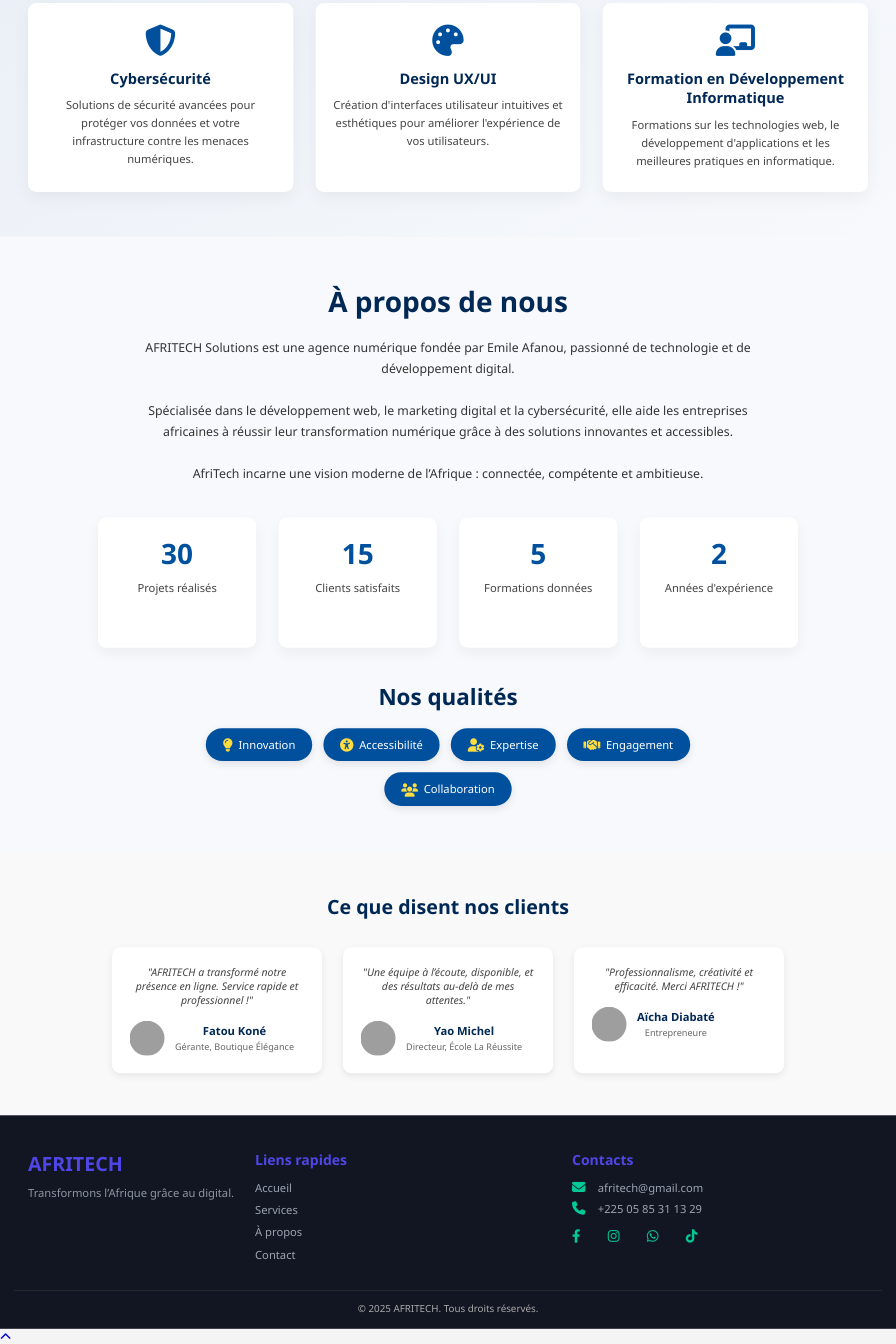
Repository: prestige225/AFRITECH
Page: index.html
An editor plug-in stored every save of this project. The page is shown before and after the next save, followed by the edit.
The browser window is 1280 px wide. The pictures show the part of the page from y = 936 to 2856 px (the page is 2856 px tall before and 2834 px after), at 70% of full size.
Pictures or frames that could not be fetched are drawn as grey boxes.

Above is the page before, as saved 2025-07-26 01:35:25.
Console error: TypeError: Cannot read properties of null (reading 'addEventListener')

### index.html

<!DOCTYPE html>
<html lang="en">
<head>
    <meta charset="UTF-8">
    <meta name="viewport" content="width=device-width, initial-scale=1.0">
    <!-- Font Awesome CDN -->
<link rel="stylesheet" href="https://cdnjs.cloudflare.com/ajax/libs/font-awesome/6.4.0/css/all.min.css">



    <link rel="stylesheet" href="style.css">

    <title>AFRITECH</title>
</head>
<body>
    <header>
        <div class="logo">
            <img src="image/logo.jpg" alt="AfanouTech Logo">
            <h1><span>AFRI</span>TECH</h1>
        </div>

         <!-- Bouton hamburger visible sur mobile -->
  <div class="menu-toggle" id="menu-toggle">
    <i class="fas fa-bars"></i>
  </div>


       <nav>
  <ul>
    <li><a href="index.html"><i class="fas fa-home"></i> Accueil</a></li>
    <li><a href="#services"><i class="fas fa-tools"></i> Services</a></li>
    <li><a href="#about"><i class="fas fa-info-circle"></i> À Propos</a></li>
    <li><a href="#contacts" id="openModalLink"><i class="fas fa-envelope"></i> Contact</a></li>

    <li><a href="#qualité"><i class="fas fa-project-diagram"></i> Nos Qualités</a></li>
  </ul>
</nav>

    </header>

<!-- hero -->
 <section class="hero">
    <div class="hero-content">
        <h1>Solutions numériques innovantes pour l'Afrique</h1>

        <p>Nous créons des expériences web exceptionnelles et des stratégies marketing digitales qui propulsent votre entreprise vers le succès.</p>
        <a href="#contacts" class="btn">Contactez-nous</a>
        <a href="#services" class="btn">Nos Services</a>

    </div>
    <div class="hero-image">
        <img src="image/emile.jpg" alt="Image d'accueil">
    </div>

    <div class="couleurpassante en design">

    </div>

 </section>


 <!-- SECTION SERVICES -->
  <section id="services" class="services-section">
            <h2>Nos Services</h2>
    <div class="services">

        <div class="service-item">
            <i class="fas fa-laptop-code"></i>
            <h3>Développement Web</h3>
            <p>Sites vitrines, e-commerce, applications web sur mesure adaptés à vos besoins spécifiques et optimisés pour tous les appareils.</p>
        </div>
        <div class="service-item">
            <i class="fas fa-mobile-alt"></i>
            <h3>Applications Mobiles</h3>
            <p>Développement d'applications mobiles natives et hybrides pour iOS et Android, offrant une expérience utilisateur exceptionnelle.</p>
        </div>
        <div class="service-item">
            <i class="fas fa-chart-line"></i>
            <h3>Marketing Digital</h3>
            <p>Stratégies de marketing digital personnalisées, SEO, publicité en ligne et gestion des réseaux sociaux pour augmenter votre visibilité.</p>
        </div>
        <div class="service-item">
            <i class="fas fa-shield-alt"></i>
            <h3>Cybersécurité</h3>
            <p>Solutions de sécurité avancées pour protéger vos données et votre infrastructure contre les menaces numériques.</p>
        </div>
        <div class="service-item">
            <i class="fas fa-palette"></i>
            <h3>Design UX/UI</h3>
            <p>Création d'interfaces utilisateur intuitives et esthétiques pour améliorer l'expérience de vos utilisateurs.</p>
        </div>

        <div class="service-item">
            <i class="fas fa-chalkboard-teacher"></i>
            <h3>Formation en Développement Informatique</h3>
            <p>Formations sur les technologies web, le développement d'applications et les meilleures pratiques en informatique.</p>
            </div>
    </div>





  </section>
<!-- SECTION apropos -->
<section id="about" class="about-section">
  <h2>À propos de nous</h2>
  <p>
    AFRITECH Solutions est une agence numérique fondée par Emile Afanou, passionné de technologie et de développement digital.<br><br>
    Spécialisée dans le développement web, le marketing digital et la cybersécurité, elle aide les entreprises africaines à réussir leur transformation numérique grâce à des solutions innovantes et accessibles.<br><br>
    AfriTech incarne une vision moderne de l’Afrique : connectée, compétente et ambitieuse.
  </p>

  <!-- COMPTEURS -->
  <div class="counters" id="qualité">
    <div class="counter-box">
      <span class="counter" data-target="30">0</span>
      <p>Projets réalisés</p>
    </div>
    <div class="counter-box">
      <span class="counter" data-target="15">0</span>
      <p>Clients satisfaits</p>
    </div>
    <div class="counter-box">
      <span class="counter" data-target="5">0</span>
      <p>Formations données</p>
    </div>
    <div class="counter-box">
      <span class="counter" data-target="2">0</span>
      <p>Années d'expérience</p>
    </div>
  </div>

  <!-- NOS QUALITÉS -->
  <div class="nos-qualites">
    <h3>Nos qualités</h3>
    <ul>
      <li><i class="fas fa-lightbulb"></i> Innovation</li>
      <li><i class="fas fa-universal-access"></i> Accessibilité</li>
      <li><i class="fas fa-user-cog"></i> Expertise</li>
      <li><i class="fas fa-handshake"></i> Engagement</li>
      <li><i class="fas fa-users"></i> Collaboration</li>
    </ul>
  </div>


  <!-- Bouton pour ouvrir la modale -->
<!-- <button id="openModalBtn" class="open-modal-btn">Contactez-nous</button> -->

<!-- Modale -->
<div id="contactModal" class="modal">
  <div class="modal-content">
    <span id="closeModalBtn" class="close-btn">&times;</span>
    <h2>Contactez-nous</h2>
    <form action="https://formspree.io/f/mabcxyz" method="POST">
      <input type="text" name="name" placeholder="Votre nom" required autocomplete="off" />
      <input type="email" name="email" placeholder="Votre email" required autocomplete="off" />
      <textarea name="message" rows="5" placeholder="Votre message" required></textarea>
      <button type="submit" class="btn">Envoyer</button>
    </form>
  </div>
</div>
</section>


<section id="temoignages" class="temoignages-section">
  <h2>Ce que disent nos clients</h2>
  <div class="temoignages-container">

    <div class="temoignage">
      <p class="message">"AFRITECH a transformé notre présence en ligne. Service rapide et professionnel !"</p>
      <div class="auteur">
        <img src="https://cdn-icons-png.flaticon.com/512/147/147144.png" alt="Avatar femme">
        <div>
          <h4>Fatou Koné</h4>
          <span>Gérante, Boutique Élégance</span>
        </div>
      </div>
    </div>

    <div class="temoignage">
      <p class="message">"Une équipe à l’écoute, disponible, et des résultats au-delà de mes attentes."</p>
      <div class="auteur">
        <img src="https://cdn-icons-png.flaticon.com/512/147/147142.png" alt="Avatar homme">
        <div>
          <h4>Yao Michel</h4>
          <span>Directeur, École La Réussite</span>
        </div>
      </div>
    </div>

    <div class="temoignage">
      <p class="message">"Professionnalisme, créativité et efficacité. Merci AFRITECH !"</p>
      <div class="auteur">
        <img src="https://cdn-icons-png.flaticon.com/512/147/147140.png" alt="Avatar femme">
        <div>
          <h4>Aïcha Diabaté</h4>
          <span>Entrepreneure</span>
        </div>
      </div>
    </div>

  </div>
</section>



<footer class="footer">
  <div class="footer-container">
    <div class="footer-brand">
      <h2>AFRITECH</h2>
      <p>Transformons l’Afrique grâce au digital.</p>
    </div>

    <div class="footer-links">
      <h4>Liens rapides</h4>
      <ul>
        <li><a href="#">Accueil</a></li>
        <li><a href="#services">Services</a></li>
        <li><a href="#about">À propos</a></li>
        <li><a href="#contacts">Contact</a></li>
      </ul>
    </div>

    <div class="footer-contact">
      <h4 id="contacts">Contacts</h4>
      <p><i class="fas fa-envelope"></i> afritech@gmail.com</p>
      <p><i class="fas fa-phone"></i> +225 05 85 31 13 29</p>
      <div class="social-icons">
        <a href="#" aria-label="Facebook"><i class="fab fa-facebook-f"></i></a>
        <a href="#" aria-label="Instagram"><i class="fab fa-instagram"></i></a>
        <a href="https://wa.me/2250585311329" target="_blank" aria-label="WhatsApp">
          <i class="fab fa-whatsapp"></i>
        </a>
        <a href="#" aria-label="TikTok"><i class="fab fa-tiktok"></i></a>
      </div>
    </div>
  </div>

  <div class="footer-bottom">
    <p>© 2025 AFRITECH. Tous droits réservés.</p>
  </div>
</footer>
<!-- Flèche retour en haut -->


    <script src="index.js"></script>

    <!-- Bouton flèche vers le haut -->


   <!-- Flèche retour en haut -->
<a href="#" class="scroll-to-top" aria-label="Retour en haut">
  <i class="fas fa-chevron-up"></i>
</a>


</body>



</html>

### style.css

/* ========== RESET ========== */
* {
  margin: 0;
  padding: 0;
  box-sizing: border-box;
}

/* ========== GLOBAL ========== */
body {
  font-family: 'Segoe UI', sans-serif;
  background-color: #f4f4f4;
  color: #333;
}

/* ========== HEADER ========== */
header {
  background-color: #002855;
  color: white;
  padding: 1rem 2rem;
  display: flex;
  justify-content: space-between;
  align-items: center;
  flex-wrap: wrap;
  position: relative;
}

/* Logo */
.logo {
  display: flex;
  align-items: center;
  gap: 10px;
}

.logo img {
  width: 40px;
  height: 40px;
}

.logo h1 {
  font-size: 1.5rem;
  font-weight: bold;
}

.logo span {
  color: #ff8000;
}

/* Navigation */
nav ul {
  list-style: none;
  display: flex;
  gap: 1.5rem;
}

nav a {
  color: white;
  text-decoration: none;
  font-weight: 500;
  transition: 0.3s;
}

nav a:hover {
  color: #ff8000;
}

/* Hamburger button */
.menu-toggle {
  display: none;
  font-size: 1.8rem;
  color: white;
  cursor: pointer;
}

/* ========== RESPONSIVE ========== */
@media (max-width: 768px) {
  nav {
    width: 100%;
  }

  nav ul {
    flex-direction: column;
    background-color: #002855;
    position: absolute;
    top: 100%;
    left: 0;
    right: 0;
    display: none;
    padding: 1rem;
    z-index: 10;
  }

  nav ul.active {
    display: flex;
  }

  .menu-toggle {
    display: block;
  }
}
/* 🎯 SECTION HERO MODERNE */
.hero {
  display: flex;
  flex-wrap: wrap;
  align-items: center;
  justify-content: space-between;
  padding: 3rem 2rem;
  background: linear-gradient(to right, #002855, #00509e);
  color: white;
  position: relative;
  overflow: hidden;
}

/* Contenu texte */
.hero-content {
  flex: 1 1 50%;
  max-width: 600px;
  z-index: 1;
}

.hero-content h1 {
  font-size: 2.5rem;
  margin-bottom: 1rem;
}

.hero-content p {
  font-size: 1.1rem;
  margin-bottom: 2rem;
  line-height: 1.6;
}

/* Boutons */
.hero-content .btn {
  display: inline-block;
  background-color: #ff8000;
  color: white;
  padding: 0.8rem 1.5rem;
  margin-right: 1rem;
  border-radius: 5px;
  text-decoration: none;
  font-weight: bold;
  transition: background 0.3s ease;
}

.hero-content .btn:hover {
  background-color: #e67300;
}

/* Image d’accueil */
.hero-image {
  flex: 1 1 40%;
  text-align: center;
  z-index: 1;
}

.hero-image img {
  width: 100%;
  max-width: 400px;
  height: auto;
  border-radius: 15px;
}

/* Effet décoratif de fond (couleurpassante) */
.couleurpassante {
  position: absolute;
  top: -50px;
  right: -50px;
  width: 300px;
  height: 300px;
  background: radial-gradient(circle, #ffffff22, transparent 70%);
  border-radius: 50%;
  animation: flotter 10s infinite alternate;
  z-index: 0;
}

/* Animation douce */
@keyframes flotter {
  0% {
    transform: translateY(0) rotate(0deg);
  }
  100% {
    transform: translateY(20px) rotate(20deg);
  }
}

/* 📱 Responsive */
@media (max-width: 768px) {
  .hero {
    flex-direction: column;
    text-align: center;
  }

  .hero-content, .hero-image {
    flex: 1 1 100%;
    max-width: 100%;
  }

  .hero-content h1 {
    font-size: 2rem;
  }

  .hero-content p {
    font-size: 1rem;
  }

  .hero-content .btn {
    margin-bottom: 1rem;
  }
}


/* ========== SECTION SERVICES ========== */
.services-section {
  padding: 4rem 2rem;
  background: linear-gradient(to bottom right, #e6ecf5, #f7f9fc);
  text-align: center;
}

.services-section h2 {
  font-size: 2.5rem;
  margin-bottom: 3rem;
  color: #002855;
  font-weight: 700;
}

/* Container de toutes les cartes */
.services {
  display: grid;
  grid-template-columns: repeat(auto-fit, minmax(280px, 1fr));
  gap: 2rem;
  max-width: 1200px;
  margin: 0 auto;
}

/* Style individuel des services */
.service-item {
  background-color: #ffffff;
  border-radius: 12px;
  padding: 2rem 1.5rem;
  box-shadow: 0 8px 25px rgba(0, 0, 0, 0.05);
  transition: transform 0.3s ease, box-shadow 0.3s ease;
}

.service-item:hover {
  transform: translateY(-8px);
  box-shadow: 0 12px 30px rgba(0, 0, 0, 0.1);
}

/* Icône */
.service-item i {
  font-size: 2.8rem;
  color: #00509e;
  margin-bottom: 1rem;
}

/* Titre */
.service-item h3 {
  font-size: 1.3rem;
  margin-bottom: 0.8rem;
  color: #002855;
  font-weight: 600;
}

/* Paragraphe */
.service-item p {
  font-size: 1rem;
  line-height: 1.6;
  color: #444;
}


/* ===== SECTION À PROPOS ===== */
.about-section {
  padding: 4rem 2rem;
  text-align: center;
  background: #f7f9fc;
}

.about-section h2 {
  font-size: 2.5rem;
  color: #002855;
  margin-bottom: 1.5rem;
}

.about-section p {
  max-width: 900px;
  margin: 0 auto 3rem;
  font-size: 1.1rem;
  line-height: 1.8;
  color: #333;
}

/* ===== SECTION À PROPOS ===== */
.about-section {
  padding: 4rem 2rem;
  text-align: center;
  background: #f7f9fc;
  font-family: 'Segoe UI', Tahoma, Geneva, Verdana, sans-serif;
}

.about-section h2 {
  font-size: 2.5rem;
  color: #002855;
  margin-bottom: 1.5rem;
  font-weight: 700;
}

.about-section p {
  max-width: 900px;
  margin: 0 auto 3rem;
  font-size: 1.1rem;
  line-height: 1.7;
  color: #333;
}

.about-section {
  padding: 4rem 2rem;
  text-align: center;
  background: #f7f9fc;
  font-family: 'Segoe UI', Tahoma, Geneva, Verdana, sans-serif;
}

.about-section h2 {
  font-size: 2.5rem;
  color: #002855;
  margin-bottom: 1.5rem;
  font-weight: 700;
}

.about-section p {
  max-width: 900px;
  margin: 0 auto 3rem;
  font-size: 1.1rem;
  line-height: 1.7;
  color: #333;
}

/* Compteurs */
.counters {
  display: grid;
  grid-template-columns: repeat(auto-fit, minmax(160px, 1fr));
  gap: 2rem;
  max-width: 1000px;
  margin: 0 auto 3rem;
}

.counter-box {
  background: #fff;
  border-radius: 12px;
  padding: 1.5rem;
  box-shadow: 0 8px 20px rgba(0, 0, 0, 0.05);
  transition: transform 0.3s ease;
}

.counter-box:hover {
  transform: translateY(-5px);
}

.counter {
  font-size: 2.5rem;
  font-weight: 700;
  color: #00509e;
  display: block;
}

.counter-box p {
  margin-top: 0.5rem;
  font-size: 1rem;
  color: #444;
}

/* Nos qualités */
.nos-qualites {
  margin-top: 3rem;
  max-width: 800px;
  margin-left: auto;
  margin-right: auto;
  text-align: center;
}

.nos-qualites h3 {
  font-size: 2rem;
  color: #002855;
  margin-bottom: 1.5rem;
  font-weight: 700;
}

.nos-qualites ul {
  list-style: none;
  padding: 0;
  display: flex;
  flex-wrap: wrap;
  justify-content: center;
  gap: 1rem;
}

.nos-qualites li {
  background-color: #00509e;
  color: #fff;
  padding: 0.8rem 1.5rem;
  border-radius: 25px;
  font-size: 1rem;
  font-weight: 500;
  box-shadow: 0 4px 12px rgba(0, 0, 0, 0.1);
  display: flex;
  align-items: center;
  gap: 0.5rem;
  transition: background 0.3s ease;
}

.nos-qualites li:hover {
  background-color: #003f7f;
}

.nos-qualites li i {
  color: #ffdd40;
  font-size: 1.2rem;
}

/* Responsive */
@media (max-width: 768px) {
  .about-section h2 {
    font-size: 2rem;
  }

  .about-section p {
    font-size: 1rem;
    padding: 0 1rem;
  }

  .counter {
    font-size: 2rem;
  }

  .counter-box p {
    font-size: 0.95rem;
  }

  .nos-qualites li {
    font-size: 0.95rem;
    padding: 0.7rem 1.2rem;
  }
}

@media (max-width: 480px) {
  .counters {
    grid-template-columns: 1fr;
  }

  .nos-qualites ul {
    flex-direction: column;
    gap: 1rem;
  }

  .nos-qualites li {
    justify-content: center;
  }
}


/* Bouton pour ouvrir la modale */
.open-modal-btn {
  padding: 10px 20px;
  background-color: #00509e;
  color: white;
  border: none;
  border-radius: 25px;
  cursor: pointer;
  font-size: 1rem;
  margin: 2rem auto;
  display: block;
}

.open-modal-btn:hover {
  background-color: #003f7f;
}

/* Bouton ouvrir modale */
.open-modal-btn {
  padding: 10px 20px;
  background-color: #00509e;
  color: white;
  border: none;
  border-radius: 25px;
  cursor: pointer;
  font-size: 1rem;
  display: inline-block;
  margin: 1rem auto;
}

.open-modal-btn:hover {
  background-color: #003f7f;
}

/* Modale masquée par défaut */
.modal {
  display: none;
  position: fixed;
  z-index: 10000;
  top: 0; left: 0;
  width: 100vw;
  height: 100vh;
  background-color: rgba(0,0,0,0.7);
  justify-content: center;
  align-items: center;
  padding: 1rem;
}

/* Afficher modale */
.modal.show {
  display: flex;
}

/* Contenu modale */
.modal-content {
  background-color: #fff;
  border-radius: 10px;
  max-width: 500px;
  width: 100%;
  padding: 2rem;
  position: relative;
  box-shadow: 0 0 15px rgba(0,0,0,0.3);
  animation: fadeInScale 0.3s ease forwards;
}

@keyframes fadeInScale {
  from {opacity: 0; transform: scale(0.9);}
  to {opacity: 1; transform: scale(1);}
}

.modal-content h2 {
  color: #003f7f;
  margin-bottom: 1rem;
  text-align: center;
}

.modal-content form {
  display: flex;
  flex-direction: column;
  gap: 1rem;
}

input, textarea {
  padding: 1rem;
  font-size: 1rem;
  border-radius: 8px;
  border: 1px solid #ccc;
  outline: none;
  font-family: inherit;
  transition: border-color 0.3s ease;
}

input:focus, textarea:focus {
  border-color: #00509e;
}

button.btn {
  background-color: #00509e;
  color: white;
  padding: 0.9rem;
  font-weight: 600;
  border: none;
  border-radius: 25px;
  cursor: pointer;
  font-size: 1rem;
  transition: background-color 0.3s ease;
}

button.btn:hover {
  background-color: #003f7f;
}

/* Bouton fermer modale */
.close-btn {
  position: absolute;
  top: 15px;
  right: 15px;
  font-size: 1.8rem;
  color: #777;
  cursor: pointer;
  transition: color 0.3s ease;
}

.close-btn:hover {
  color: #000;
}

/* Responsive */
@media (max-width: 600px) {
  .modal-content {
    padding: 1.5rem;
  }
}

.footer {
  background: #121623;
  color: #d1d5db;
  padding: 3rem 1rem 1rem;
  font-family: 'Segoe UI', Tahoma, Geneva, Verdana, sans-serif;
}

.footer-container {
  max-width: 1100px;
  margin: 0 auto;
  display: flex;
  flex-wrap: wrap;
  gap: 3rem;
  justify-content: space-between;
}

.footer-brand h2 {
  font-size: 2rem;
  color: #4f46e5; /* violet doux */
  margin-bottom: 0.5rem;
  font-weight: 700;
}

.footer-brand p {
  font-size: 1rem;
  color: #9ca3af;
  max-width: 250px;
}

.footer-links,
.footer-contact {
  flex: 1 1 220px;
}

.footer-links h4,
.footer-contact h4 {
  font-size: 1.2rem;
  color: #e0e7ff;
  margin-bottom: 1rem;
  font-weight: 600;
}

.footer-links ul {
  list-style: none;
  padding: 0;
}

.footer-links ul li {
  margin-bottom: 0.7rem;
}

.footer-links ul li a {
  color: #9ca3af;
  text-decoration: none;
  transition: color 0.3s ease;
  font-weight: 500;
}

.footer-links ul li a:hover {
  color: #4f46e5;
}

.footer-contact p {
  display: flex;
  align-items: center;
  gap: 0.6rem;
  margin-bottom: 1rem;
  font-weight: 500;
  color: #9ca3af;
}

.footer-contact i {
  color: #4f46e5;
  font-size: 1.2rem;
}

.social-icons {
  display: flex;
  gap: 1rem;
  margin-top: 0.5rem;
}

.social-icons a {
  color: #9ca3af;
  font-size: 1.4rem;
  transition: color 0.3s ease;
}

.social-icons a:hover {
  color: #4f46e5;
}

/* === Footer Styling === */
/* FontAwesome nécessaire */
@import url('https://cdnjs.cloudflare.com/ajax/libs/font-awesome/5.15.4/css/all.min.css');

.footer {
  background: #121623;
  color: #fff;
  padding: 50px 20px 20px;
  font-family: 'Segoe UI', sans-serif;
}

.footer-container {
  display: flex;
  flex-wrap: wrap;
  justify-content: space-between;
  max-width: 1200px;
  margin: auto;
  gap: 30px;
}

.footer h2 {
  font-size: 28px;
  margin-bottom: 10px;
  color: #4f46e5;
}

.footer-brand p {
  max-width: 300px;
  font-size: 16px;
  line-height: 1.5;
  opacity: 0.9;
  color: #9ca3af;
}

.footer-links h4,
.footer-contact h4 {
  margin-bottom: 15px;
  color: #4f46e5;
  font-size: 20px;
}

.footer-links ul {
  list-style: none;
  padding: 0;
}

.footer-links ul li {
  margin-bottom: 10px;
}

.footer-links ul li a {
  color: #9ca3af;
  text-decoration: none;
  transition: color 0.3s ease;
}

.footer-links ul li a:hover {
  color: #00c896;

}

.footer-contact p {
  margin: 8px 0;
  font-size: 16px;
  color: #9ca3af;
}

.footer-contact i {
  margin-right: 8px;
  color: #00c896;
}

.social-icons {
  margin-top: 15px;
}

.social-icons a {
  color: #fff;
  margin-right: 15px;
  font-size: 20px;
  transition: transform 0.3s ease, color 0.3s;
   color: #4f46e5;
}

.social-icons a:hover {
  color: #00c896;
  transform: scale(1.2);
}

.footer-bottom {
  border-top: 1px solid #333;
  margin-top: 30px;
  text-align: center;
  padding-top: 15px;
  font-size: 14px;
  color: #aaa;
}

/* Responsive */
@media screen and (max-width: 768px) {
  .footer-container {
    flex-direction: column;
    align-items: flex-start;
  }

  .footer-brand,
  .footer-links,
  .footer-contact {
    width: 100%;
    margin-bottom: 30px;
  }

  .social-icons {
    display: flex;
    justify-content: flex-start;
    flex-wrap: wrap;
  }
}


html {
  scroll-behavior: smooth;
}


.temoignages-section {
  padding: 60px 20px;
  background-color: #f9f9f9;
  text-align: center;
}

.temoignages-section h2 {
  font-size: 28px;
  margin-bottom: 40px;
  color: #002855;
  font-weight: 700

}

.temoignages-container {
  display: flex;
  flex-wrap: wrap;
  justify-content: center;
  gap: 30px;
}

.temoignage {
  background: white;
  padding: 25px;
  max-width: 300px;
  border-radius: 12px;
  box-shadow: 0 4px 10px rgba(0,0,0,0.08);
  transition: transform 0.3s ease;
}

.temoignage:hover {
  transform: translateY(-5px);
}

.message {
  font-style: italic;
  font-size: 15px;
  color: #444;
  margin-bottom: 20px;
}

.auteur {
  display: flex;
  align-items: center;
  gap: 15px;
}

.auteur img {
  width: 50px;
  height: 50px;
  border-radius: 50%;
  object-fit: cover;
}

.auteur h4 {
  margin: 0;
  font-size: 16px;
  color: #002855;
}

.auteur span {
  font-size: 13px;
  color: #666;
}

@media (max-width: 768px) {
  .temoignages-container {
    flex-direction: column;
    align-items: center;
  }
}

 /* Flèche */

Loaded but not shown: index.js (61 lines, source omitted)

After the next save:
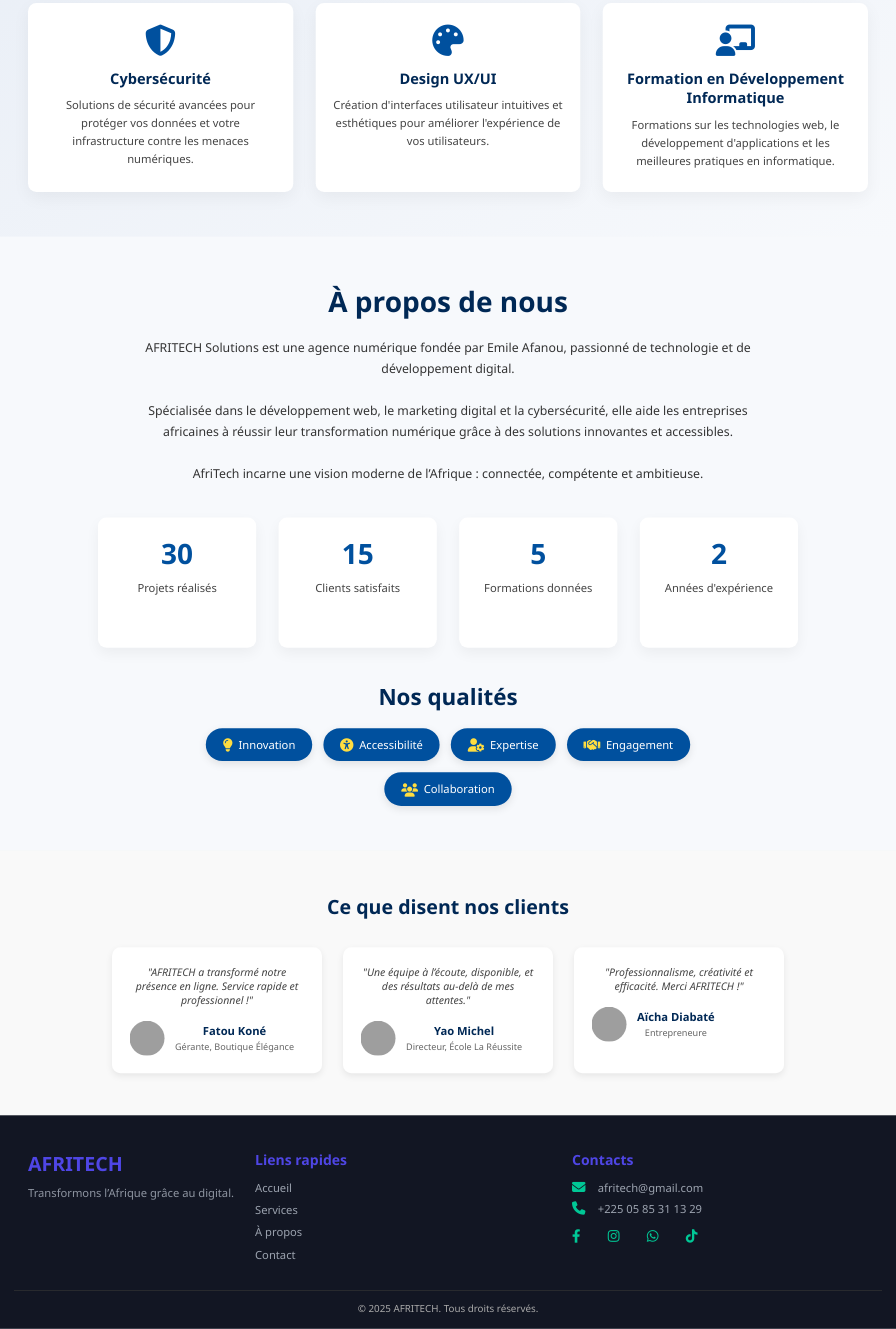
Saved 34 s later.
--- a/style.css
+++ b/style.css
@@ -882,3 +882,32 @@ html {
 }
 
  /* Flèche */
+
+
+
+
+ .scroll-to-top {
+  position: fixed;
+  bottom: 20px;
+  right: 20px;
+  background-color: #007bff;
+  color: white;
+  border-radius: 50%;
+  padding: 15px;
+  font-size: 20px;
+  box-shadow: 0 4px 8px rgba(0,0,0,0.3);
+  display: none;
+  opacity: 0;
+  transition: opacity 0.4s ease, transform 0.3s ease;
+  z-index: 9999;
+}
+
+.scroll-to-top.show {
+  display: block;
+  opacity: 1;
+}
+
+.scroll-to-top:hover {
+  transform: translateY(-5px) scale(1.1);
+  background-color: #0056b3;
+}
